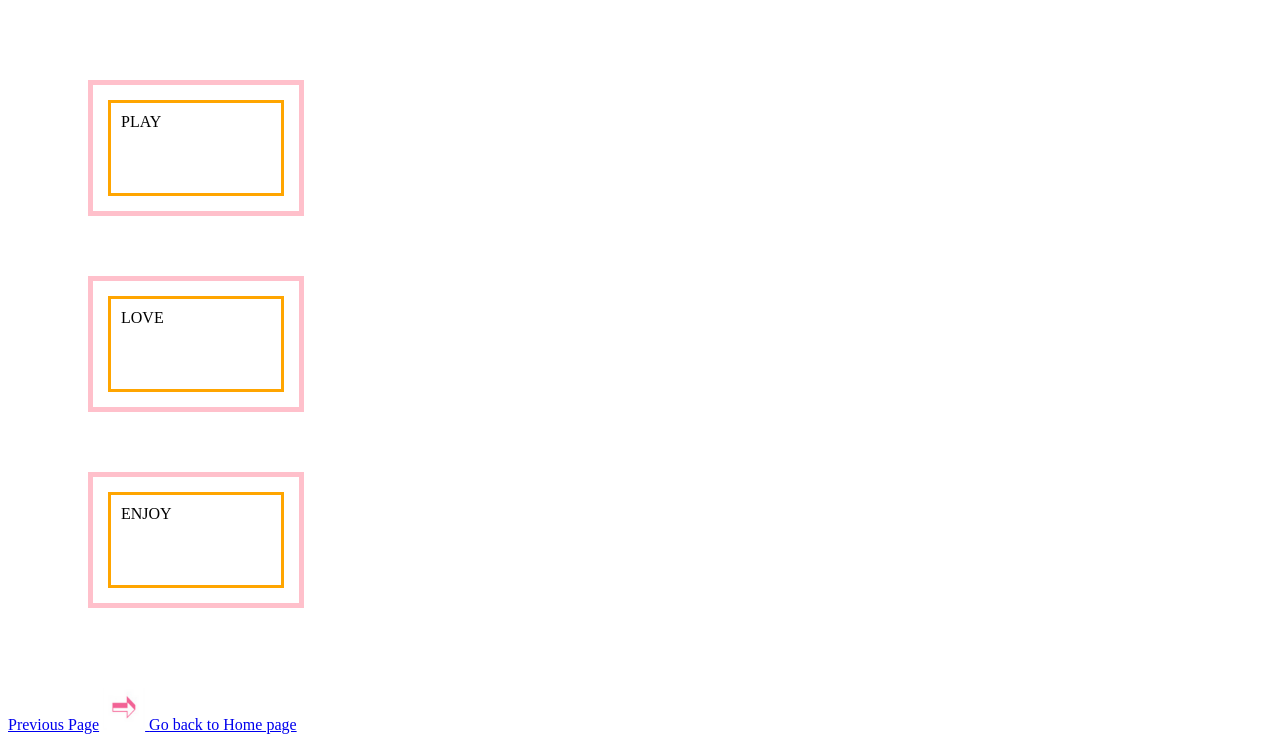
Repository: hyereechoi/hyereechoi.github.io
Page: h2.html
The author's editor kept a record of every edit. The page is drawn from the files as they stood at one moment, then again after the next edit.
The browser window is 1280 px wide. The pictures show the whole page.

Above is the page before.

After the next edit:
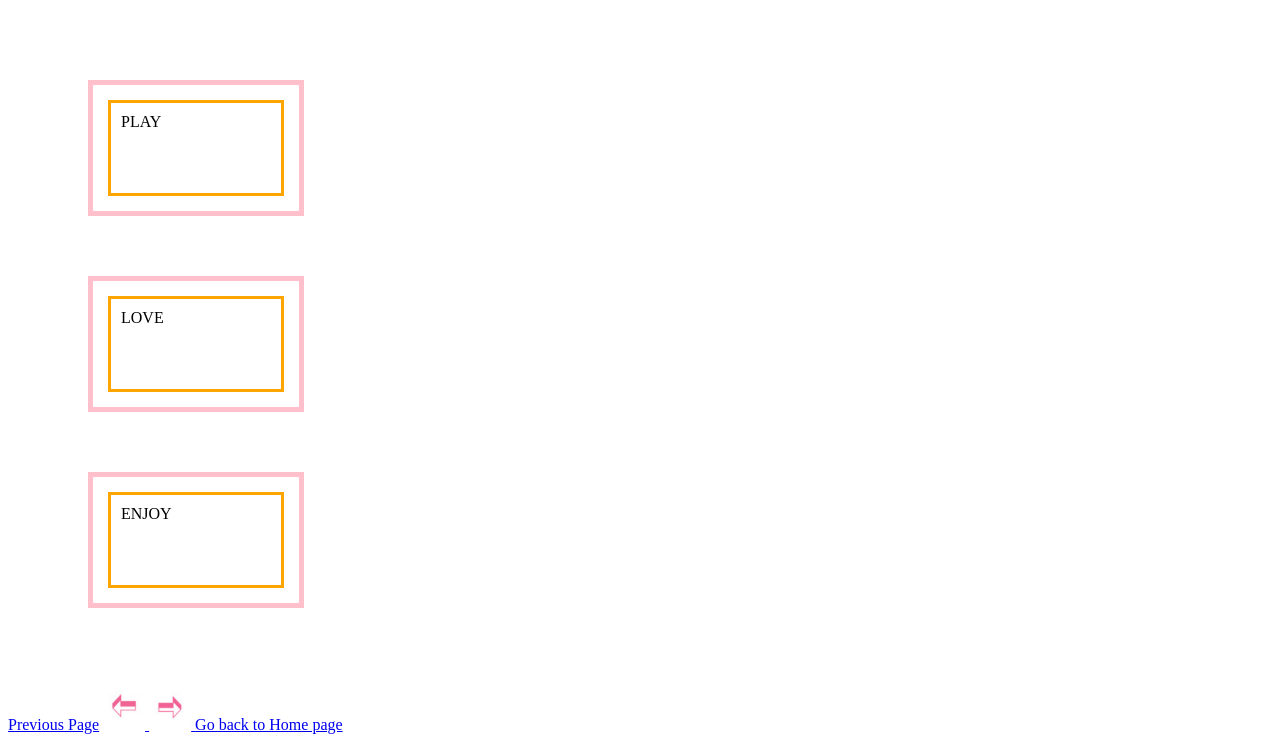
The edit:
--- a/h2.html
+++ b/h2.html
@@ -54,6 +54,11 @@
 
 
 <a href="h1.html">Previous Page</a>
+<a href="default.asp">
+<img src="pre.jpg" alt="h1.html" style="width:42px;height:42px;border:0">
+</a>
+
+
 
 <a href="default.asp">
 <img src="next.jpg" alt="h3.html" style="width:42px;height:42px;border:0">
